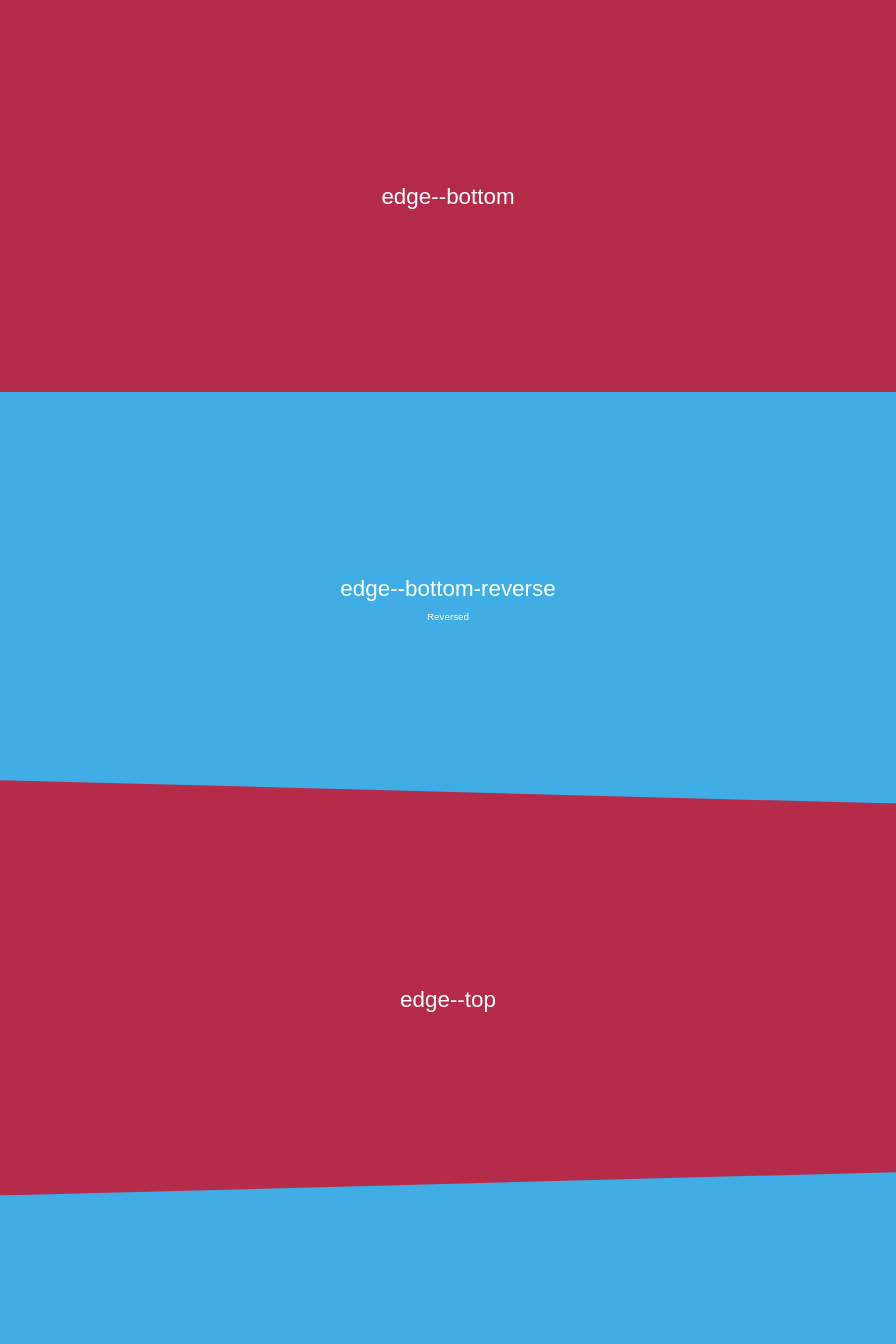
Repository: FrontendProjectsNL/mijn-portfolio-project
Page: /test-skewed-background
An editor plug-in stored every save of this project. The page is shown before and after the next save, followed by the edit.
The browser window is 1280 px wide. The pictures show the part of the page from y = 0 to 1920 px (the page is 3478 px tall), at 70% of full size.
The project was rebuilt for these pictures with package versions that can differ from the ones it lists, and the page was loaded fresh each time. The framework's server and built-in components were replaced by stand-ins that run in the browser. Also part of the build but not shown: next.config.mjs.

Above is the page before, as saved 2024-10-23 13:58:56.

### app/layout.tsx
import type { Metadata } from 'next';
import localFont from 'next/font/local';

import { Roboto, Fira_Code, HelveticaNowDisplay } from 'next/font/google';

import './globals.css';

const geistSans = localFont({
  src: './fonts/GeistVF.woff',
  variable: '--font-geist-sans',
  weight: '100 900',
});
const geistMono = localFont({
  src: './fonts/GeistMonoVF.woff',
  variable: '--font-geist-mono',
  weight: '100 900',
});

const roboto = Roboto({
  subsets: ['latin'],
  weight: ['300', '400', '500', '700'],
  variable: '--font-roboto',
});

const firaCode = Fira_Code({
  subsets: ['latin'],
  weight: ['300', '400', '500', '700'],
  variable: '--font-fira-code',
});

export const metadata: Metadata = {
  title: 'Create Next App',
  description: 'Generated by create next app',
};

export default function RootLayout({
  children,
}: Readonly<{
  children: React.ReactNode;
}>) {
  return (
    <html lang="en">
      <body
        className={`${roboto.variable} ${firaCode.variable} ${geistSans.variable} ${geistMono.variable} antialiased`}
      >
        {children}
      </body>
    </html>
  );
}

### app/test-skewed-background/page.tsx
import '../test-skewed-background/skewed-background.css';

interface SkewedBackgroundProps {}

const SkewedBackground: React.FC<SkewedBackgroundProps> = () => {
  return (
    <div>
      <div className="block bg-berry edge edge--bottom">
        <h1>edge--bottom</h1>
      </div>

      <div className="block bg-blue edge edge--bottom-reverse">
        <h1>edge--bottom-reverse</h1>
        <p>Reversed</p>
      </div>

      <div className="block bg-berry edge edge--top">
        <h1>edge--top</h1>
      </div>

      <div className="block bg-blue edge edge--top-reverse">
        <h1>edge--top-reverse</h1>
        <p>Reversed</p>
      </div>

      <div className="block bg-orange edge edge--both">
        <h1>edge--both</h1>
      </div>

      <div className="block bg-green edge edge--both-reverse">
        <h1>edge--both-reverse</h1>
        <p>Reversed</p>
      </div>
    </div>
  );
};

export default SkewedBackground;

### app/test-skewed-background/skewed-background.css
.edge {
  position: relative;
  z-index: 1;
}

.edge::before,
.edge::after {
  background: inherit;
  content: '';
  display: block;
  height: 50%;
  left: 0;
  position: absolute;
  right: 0;
  z-index: -1;
}

.edge--bottom::after {
  bottom: 0;
  transform: skewY(-1.5deg);
  transform-origin: 100%;
}

.edge--bottom-reverse::after {
  bottom: 0;
  transform: skewY(1.5deg);
  transform-origin: 0 100%;
}

.edge--top::before {
  top: 0;
  transform: skewY(1.5deg);
  transform-origin: 100% 0;
}

.edge--top-reverse::before {
  top: 0;
  transform: skewY(-1.5deg);
  transform-origin: 0 0;
}

.edge--both::before {
  top: 0;
  transform: skewY(1.5deg);
  transform-origin: 100% 0;
}

.edge--both::after {
  bottom: 0;
  transform: skewY(-1.5deg);
  transform-origin: 100%;
}

.edge--both-reverse::before {
  top: 0;
  transform: skewY(-1.5deg);
  transform-origin: 0 0;
}

.edge--both-reverse::after {
  bottom: 0;
  transform: skewY(1.5deg);
  transform-origin: 0 100%;
}

/* Background Colors */
.bg-berry {
  background: #b52b4a;
}

.bg-blue {
  background: #41ade5;
}

.bg-orange {
  background: #de6628;
}

.bg-green {
  background: #5e9b42;
}

.block {
  color: #fff;
  font-family: 'Fira Sans', sans-serif;
  padding: 20% 20px;
  text-align: center;
}

h1 {
  font-size: 32px;
  font-weight: 500;
}

p {
  font-size: 14px;
  font-weight: 300;
  margin-top: 0.5em;
}

### tailwind.config.ts
import { Roboto } from 'next/font/google';
import type { Config } from 'tailwindcss';

const config: Config = {
  darkMode: ['class'],
  content: [
    './pages/**/*.{js,ts,jsx,tsx,mdx}',
    './components/**/*.{js,ts,jsx,tsx,mdx}',
    './app/**/*.{js,ts,jsx,tsx,mdx}',
  ],

  theme: {
    extend: {
      // You can define custom animations here
      // keyframes: {
      //   slideKeyframe: {
      //     '0%': { transform: 'translateX(0)' },
      //     '100%': { transform: 'translateX(100%)' },
      //   },
      // },
      // animation: {
      //   slideAnimation: 'slideKeyframe 0.5s ease-in-out',
      // },
      fontFamily: {
        roboto: ['var(--font-roboto)', 'sans-serif'],
        firaCode: ['var(--font-fira-code)', 'monospace'],
      },
      colors: {
        background: 'hsl(var(--background))',
        foreground: 'hsl(var(--foreground))',
        card: {
          DEFAULT: 'hsl(var(--card))',
          foreground: 'hsl(var(--card-foreground))',
        },
        popover: {
          DEFAULT: 'hsl(var(--popover))',
          foreground: 'hsl(var(--popover-foreground))',
        },
        primary: {
          DEFAULT: 'hsl(var(--primary))',
          foreground: 'hsl(var(--primary-foreground))',
        },
        secondary: {
          DEFAULT: 'hsl(var(--secondary))',
          foreground: 'hsl(var(--secondary-foreground))',
        },
        muted: {
          DEFAULT: 'hsl(var(--muted))',
          foreground: 'hsl(var(--muted-foreground))',
        },
        accent: {
          DEFAULT: 'hsl(var(--accent))',
          foreground: 'hsl(var(--accent-foreground))',
        },
        destructive: {
          DEFAULT: 'hsl(var(--destructive))',
          foreground: 'hsl(var(--destructive-foreground))',
        },
        border: 'hsl(var(--border))',
        input: 'hsl(var(--input))',
        ring: 'hsl(var(--ring))',
        chart: {
          '1': 'hsl(var(--chart-1))',
          '2': 'hsl(var(--chart-2))',
          '3': 'hsl(var(--chart-3))',
          '4': 'hsl(var(--chart-4))',
          '5': 'hsl(var(--chart-5))',
        },
      },
      borderRadius: {
        lg: 'var(--radius)',
        md: 'calc(var(--radius) - 2px)',
        sm: 'calc(var(--radius) - 4px)',
      },
    },
  },
  plugins: [require('tailwindcss-animate')],
};
export default config;

Loaded but not shown: app/globals.css (common file)

After the next save:
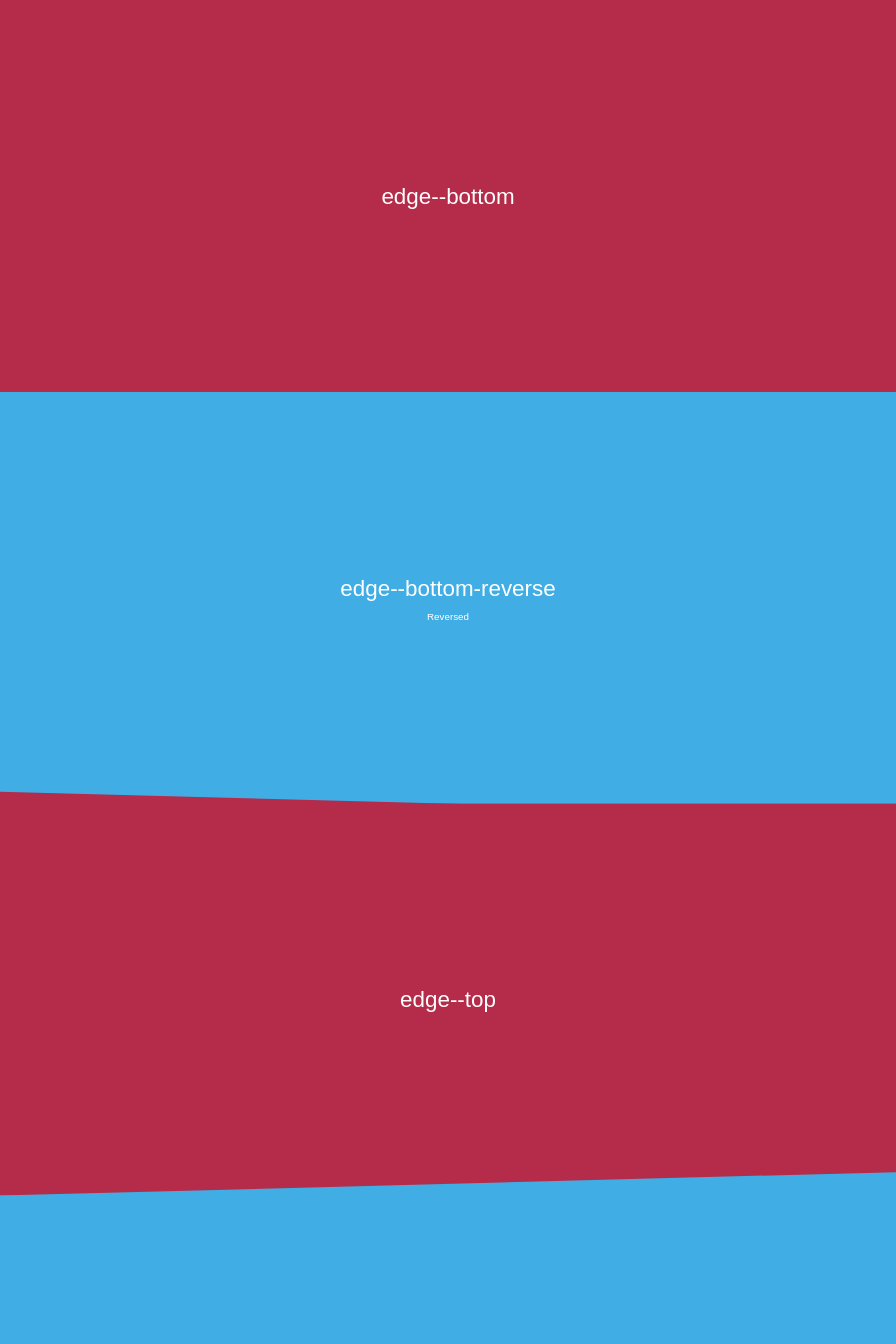
Saved 15 s later.
--- a/app/test-skewed-background/skewed-background.css
+++ b/app/test-skewed-background/skewed-background.css
@@ -30,7 +30,7 @@
 .edge--top::before {
   top: 0;
   transform: skewY(1.5deg);
-  transform-origin: 100% 0;
+  /* transform-origin: 100% 0; */
 }
 
 .edge--top-reverse::before {

After the save that followed:
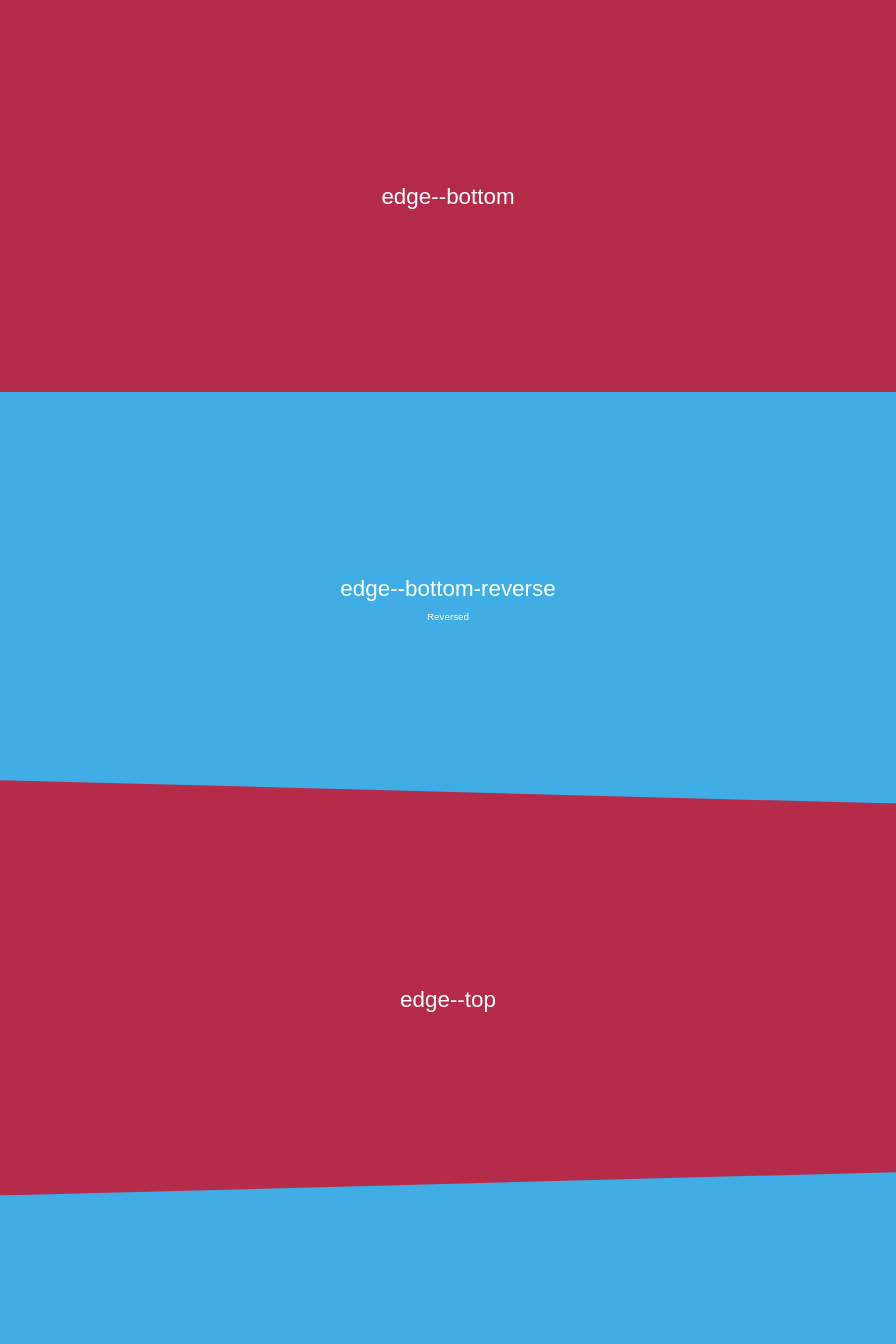
Saved 6 s later.
--- a/app/test-skewed-background/skewed-background.css
+++ b/app/test-skewed-background/skewed-background.css
@@ -30,7 +30,7 @@
 .edge--top::before {
   top: 0;
   transform: skewY(1.5deg);
-  /* transform-origin: 100% 0; */
+  transform-origin: 100% 0;
 }
 
 .edge--top-reverse::before {
